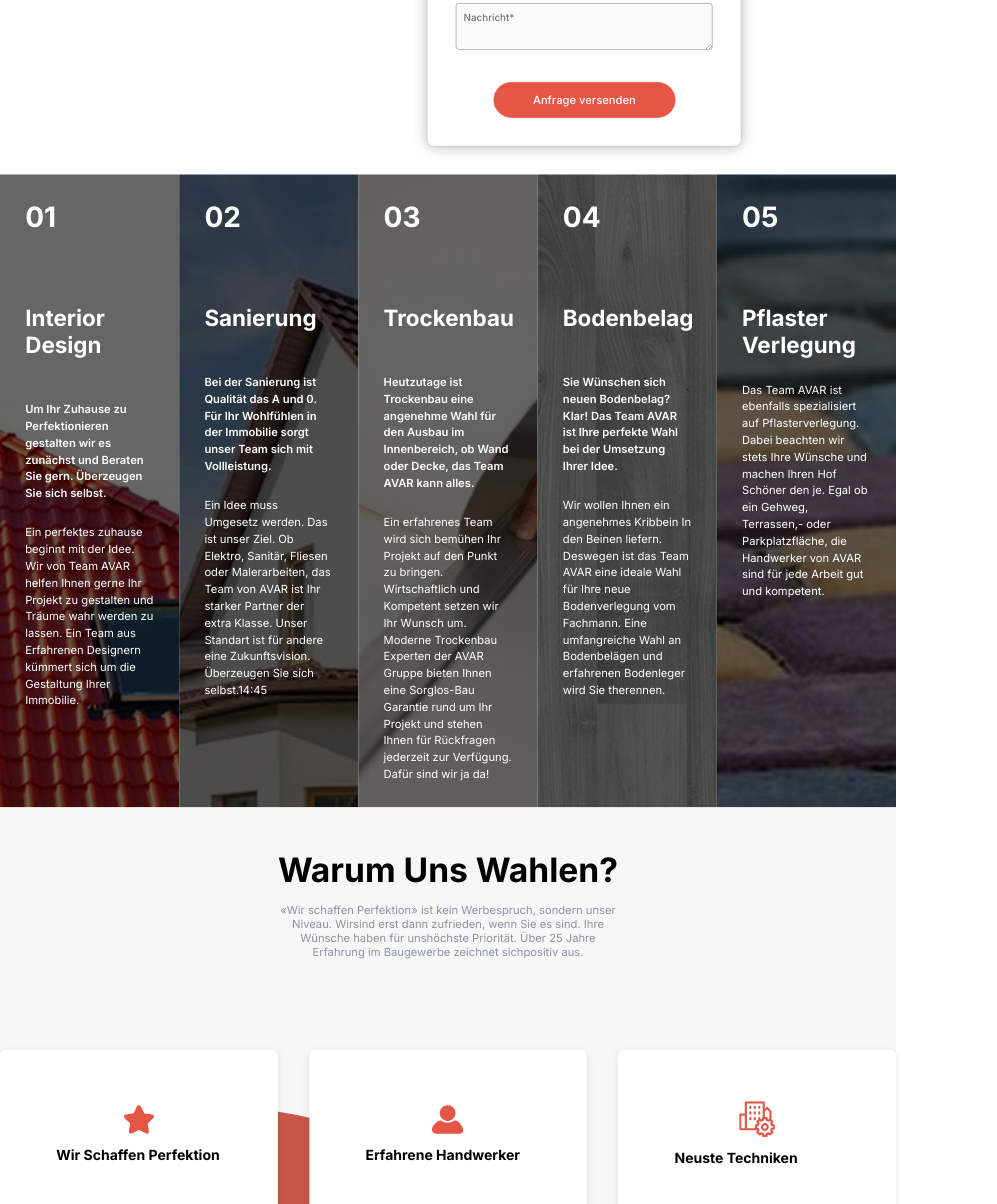
Repository: AlazarStudio/avar_react
Page: /
These files come from the project's save history. The page is drawn as it stood at one moment and after a run of saves; the edit follows.
The browser window is 1280 px wide. The page is 1287 px wide, then 1424 px, then 1287 px, so the pictures cover 1424 px, including what lies to the right of the window. The pictures show the part of the page from y = 1195 to 2915 px (the page is 7647 px tall before and 9346 px after), at 70% of full size.
The project was rebuilt for these pictures with package versions that can differ from the ones it lists, and the page was loaded fresh each time. Also part of the build but not shown: vite.config.js, src/Components/Pages/Non_Found_Page.jsx, src/Components/Pages/HomePage/HomePage.module.css, src/Components/Pages/UberUnsPage/UberUnsPage.module.css, src/Components/ui/UberUnsContainers/Container1/Container1.module.css, src/Components/ui/UberUnsContainers/Container1/Container1.jsx, src/Components/ui/UberUnsContainers/Container2/Container2.module.css, src/Components/ui/UberUnsContainers/Container2/Container2.jsx and 55 more.

Above is the page before, as saved 2025-07-04 15:36:35.

After the next 3 saves:
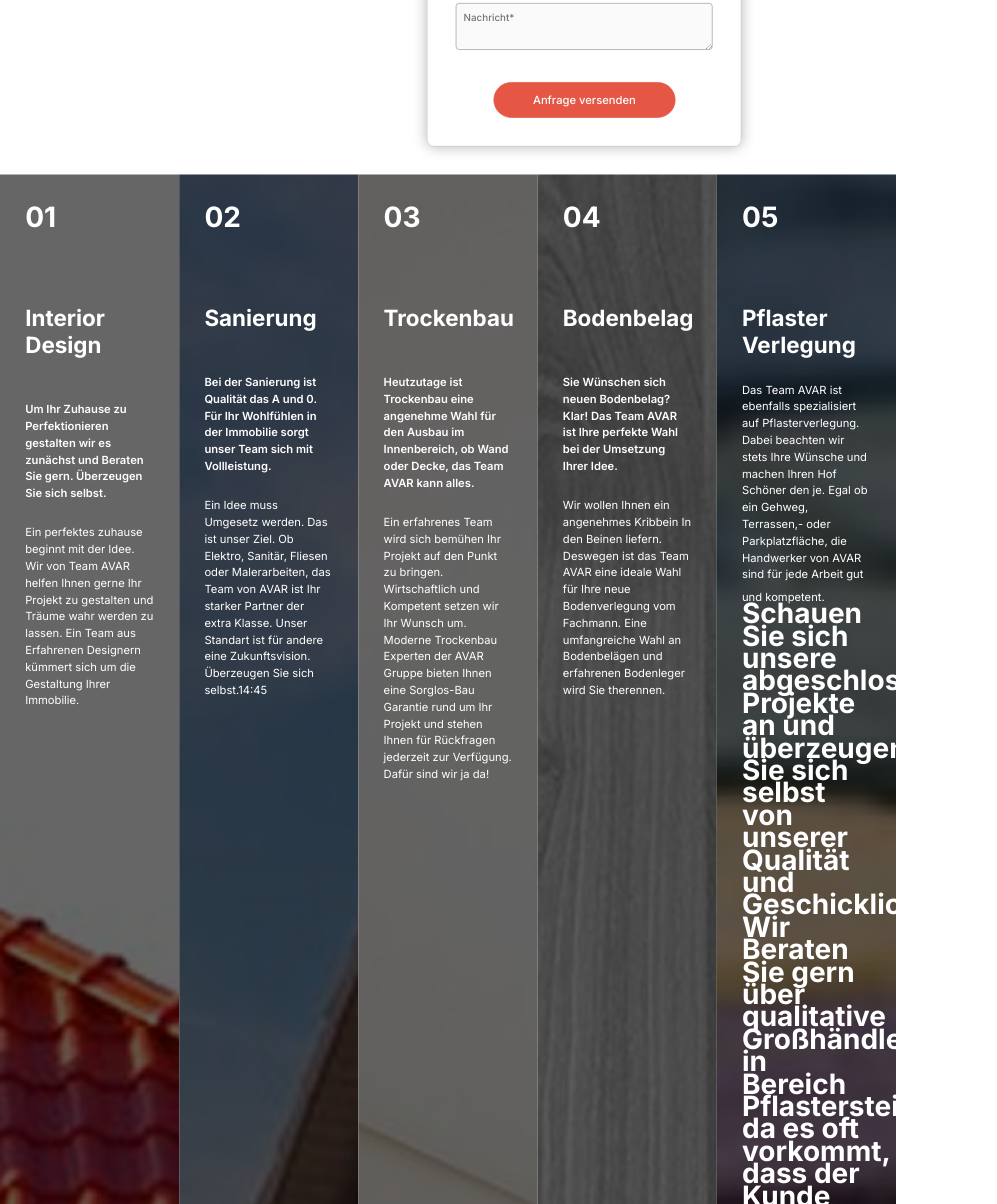
The 3 saves are shown as one change because they came seconds apart.
The last was saved 17 s later.
--- a/src/Components/ui/HomePageContainers/Container3/Container3.jsx
+++ b/src/Components/ui/HomePageContainers/Container3/Container3.jsx
@@ -72,6 +72,15 @@
               Dabei beachten wir stets Ihre Wünsche und machen Ihren Hof Schöner
               den je. Egal ob ein Gehweg, Terrassen,- oder Parkplatzfläche, die
               Handwerker von AVAR sind für jede Arbeit gut und kompetent.
+              <span> Schauen Sie sich unsere abgeschlossenen Projekte an und überzeugen
+              Sie sich selbst von unserer Qualität und Geschicklichkeit. Wir
+              Beraten Sie gern über qualitative Großhändler in Bereich
+              Pflastersteine, da es oft vorkommt, dass der Kunde kein Fachwissen
+              hat und somit bei dem Kauf getäuscht wird. Das Team AVAR ist nicht
+              nur Ihre ideale Wahl im Bereich Handwerk, sondern auch ein guter
+              Freund mit viel Erfahrung und Bereitschaft diese mit Ihnen z u
+              teilen. Rufen Sie uns an und vereinbaren Sie einen kostenlosen
+              Beratungstermin,s</span>
             </span>
           </div>
         </div>

After the 4 saves that followed:
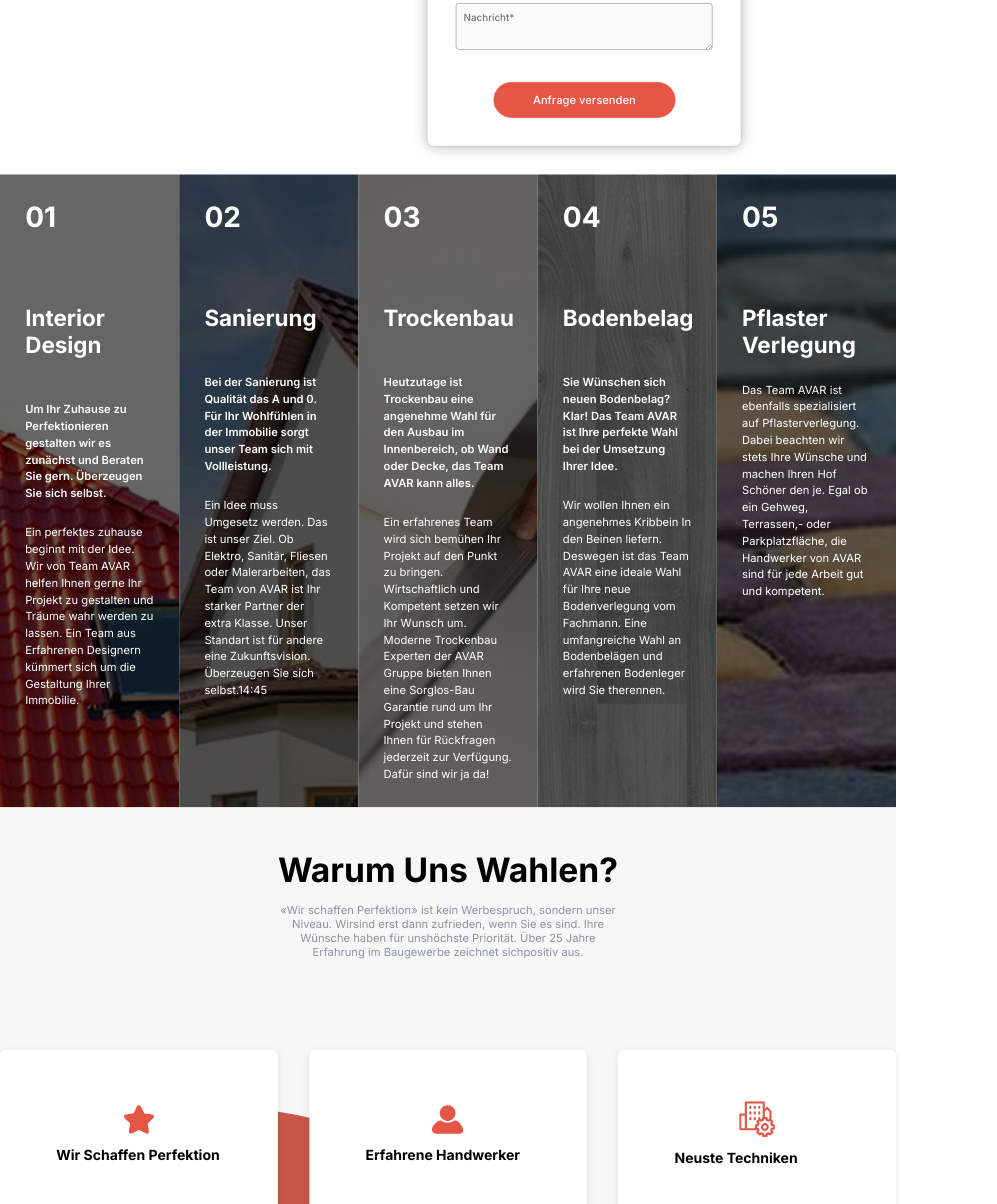
The 4 saves are shown as one change because 1 left the picture as it was and some came seconds apart.
The last was saved 75 s later.
--- a/src/Components/ui/HomePageContainers/Container3/Container3.jsx
+++ b/src/Components/ui/HomePageContainers/Container3/Container3.jsx
@@ -72,15 +72,7 @@
               Dabei beachten wir stets Ihre Wünsche und machen Ihren Hof Schöner
               den je. Egal ob ein Gehweg, Terrassen,- oder Parkplatzfläche, die
               Handwerker von AVAR sind für jede Arbeit gut und kompetent.
-              <span> Schauen Sie sich unsere abgeschlossenen Projekte an und überzeugen
-              Sie sich selbst von unserer Qualität und Geschicklichkeit. Wir
-              Beraten Sie gern über qualitative Großhändler in Bereich
-              Pflastersteine, da es oft vorkommt, dass der Kunde kein Fachwissen
-              hat und somit bei dem Kauf getäuscht wird. Das Team AVAR ist nicht
-              nur Ihre ideale Wahl im Bereich Handwerk, sondern auch ein guter
-              Freund mit viel Erfahrung und Bereitschaft diese mit Ihnen z u
-              teilen. Rufen Sie uns an und vereinbaren Sie einen kostenlosen
-              Beratungstermin,s</span>
+
             </span>
           </div>
         </div>
